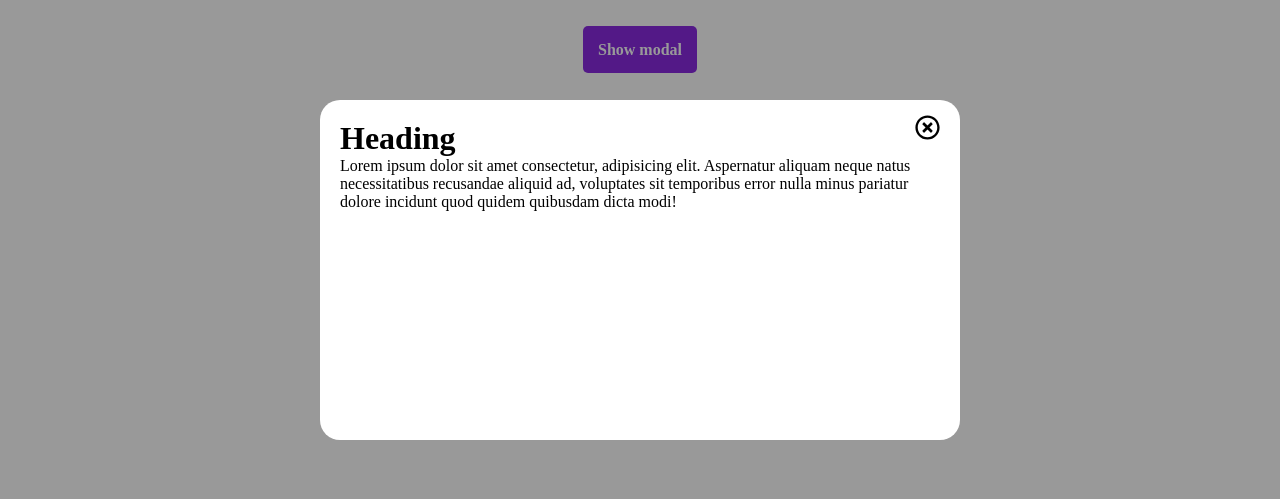
Repository: AnhTuan191298/sent-file-hoang
Page: js_modal/index.html
An editor plug-in stored every save of this project. The page is shown before and after the next save, followed by the edit.
The browser window is 1280 px wide. The pictures show the whole page.

Above is the page before, as saved 2021-02-01 14:58:37.

### js_modal/index.html
<!DOCTYPE html>
<html lang="en">
<head>
    <meta charset="UTF-8">
    <meta name="viewport" content="width=device-width, initial-scale=1.0">
    <title>Modal</title>
    <style>
        * {
            margin: 0;
            padding: 0;
        }
        .modal {
            display: flex;
            justify-content: center;
            width: 100%;
            height: 100px;
            align-items: center;
        }
        .modal__action {
            text-decoration: none;
            padding: 15px;
            background-color: blueviolet;
            color: white;
            font-weight: bold;
            border-radius: 5px;
        }
        .layout.active {
            position: fixed;
            top: 0;
            bottom: 0;
            right: 0;
            left: 0;
            background-color: rgba(0, 0, 0, 0.4);
        }
        .modal_show {
            display: flex;
            z-index: 999;
            position: fixed;
            width: 100%;
            justify-content: center;
        }
        .modal_show-contain {
            background-color: white;
            width: 600px;
            min-height: 300px;
            border-radius: 20px;
            position: relative;
            padding: 20px;
        }
        .modal_show__close {
            position: absolute;
            top: 15px;
            right: 20px;
        }
        .modal_show__close-img {
            width: 25px;
            height: 25px;
            cursor: pointer;
        }
        .modal_show-main {

        }
    </style>
</head>
<body>
    <div class="modal">
        <div class="modal_buttun">
            <a class="modal__action" href="#">Show modal</a>
        </div>
    </div>
    <div class="layout active"></div>
    <div class="modal_show">
        <div class="modal_show-contain">
            <div class="modal_show__close">
                <img class="modal_show__close-img" src="./assets/imgs/times-circle-regular.svg" alt="close">
            </div>
            <div class="modal_show-main">
                <div class="modal_show-main-head">
                    <h1>Heading</h1>
                </div>
                <div class="modal_show-main-ders">
                    <p>Lorem ipsum dolor sit amet consectetur, adipisicing elit.
                        Aspernatur aliquam neque natus necessitatibus recusandae aliquid ad,
                        voluptates sit temporibus error nulla minus pariatur dolore
                        incidunt quod quidem quibusdam dicta modi!</p>
                </div>
            </div>
        </div>
    </div>

    <script src="./assets/js/main.js"></script>
</body>
</html>

Loaded but not shown: js_modal/assets/js/main.js (no stored copy; drawn as an empty file)

After the next save:
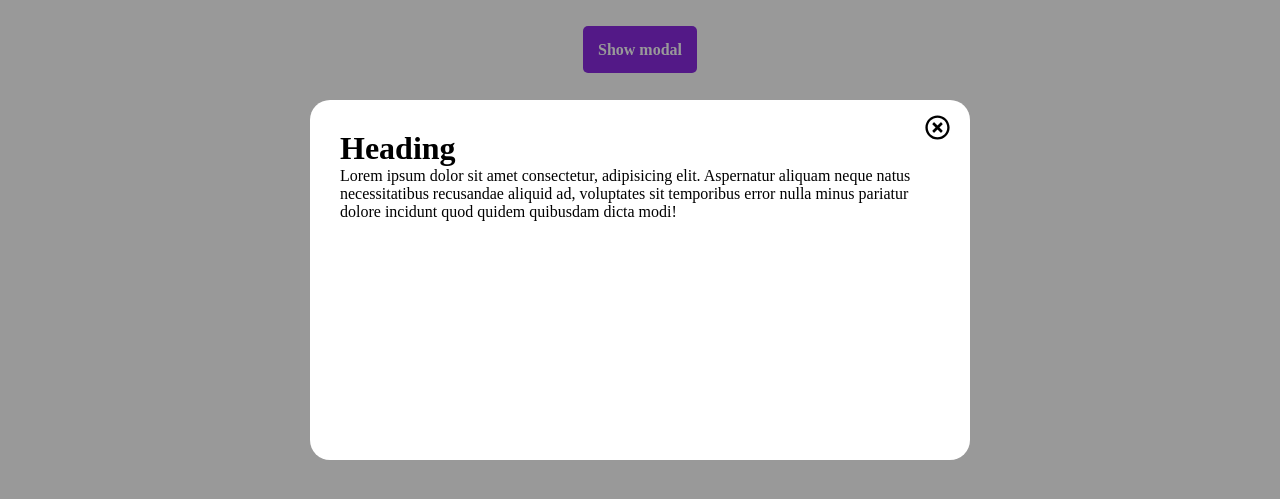
Saved 7 s later.
--- a/js_modal/index.html
+++ b/js_modal/index.html
@@ -45,7 +45,7 @@
             min-height: 300px;
             border-radius: 20px;
             position: relative;
-            padding: 20px;
+            padding: 30px;
         }
         .modal_show__close {
             position: absolute;
